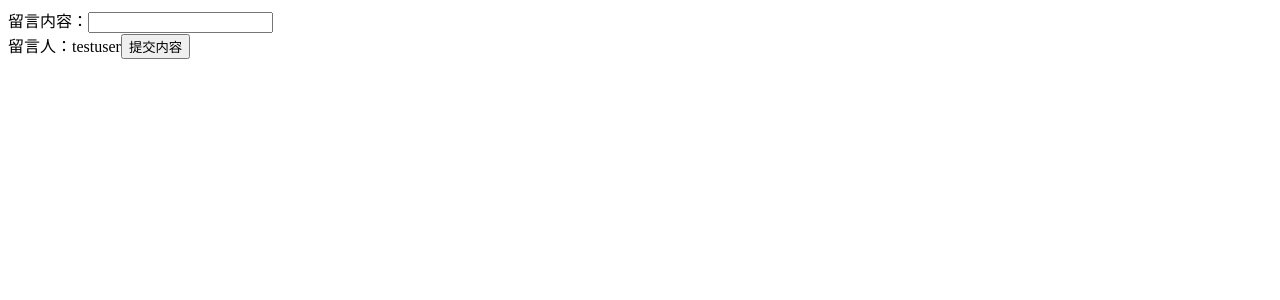
Repository: suxiaohutot/PHP
Page: http://localhost/liuyanhtml.php
The author's editor kept a copy of each file at every save. The page is drawn from the files as they stood at one save, then again after the next save.
The browser window is 1280 px wide. The pictures show the whole page.
The page is run by PHP 8.4 with error messages shown; the project is at /var/www/html/. The session is filled in as if someone had signed in: {"username": "testuser"}.

Above is the page before, as saved 2019-10-18 02:29:41.

After the next save:
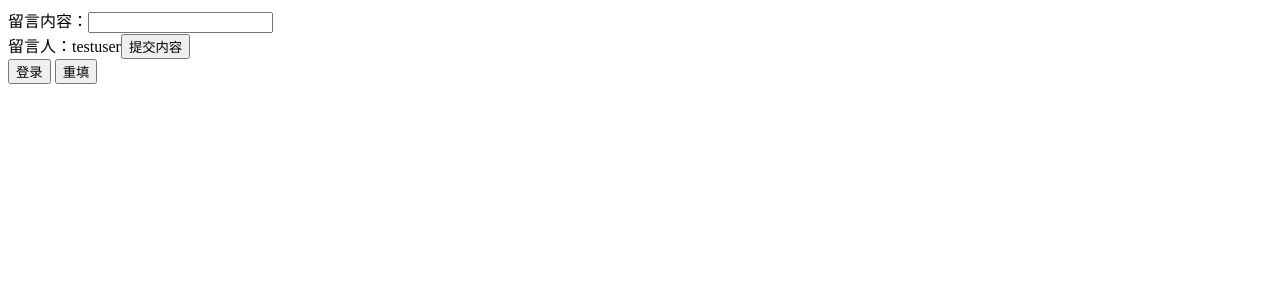
Saved 12 s later.
--- a/test/liuyanhtml.php
+++ b/test/liuyanhtml.php
@@ -7,5 +7,6 @@
 留言人：<?php echo $_SESSION['username'] ?>
 <input type="submit" name="tijiao" value="提交内容">
 <br>
-
+<input type="submit" value="登录">
+<input type="reset" value="重填">
 </form>

After the save that followed:
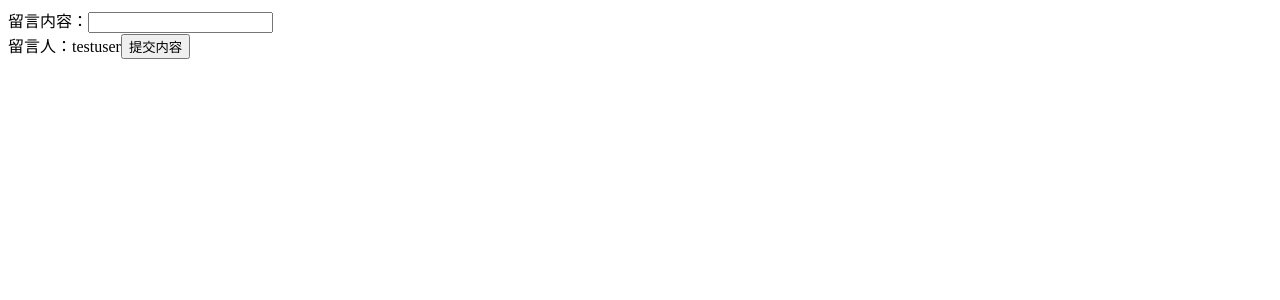
Saved 39 s later.
--- a/test/liuyanhtml.php
+++ b/test/liuyanhtml.php
@@ -7,6 +7,5 @@
 留言人：<?php echo $_SESSION['username'] ?>
 <input type="submit" name="tijiao" value="提交内容">
 <br>
-<input type="submit" value="登录">
-<input type="reset" value="重填">
+
 </form>
